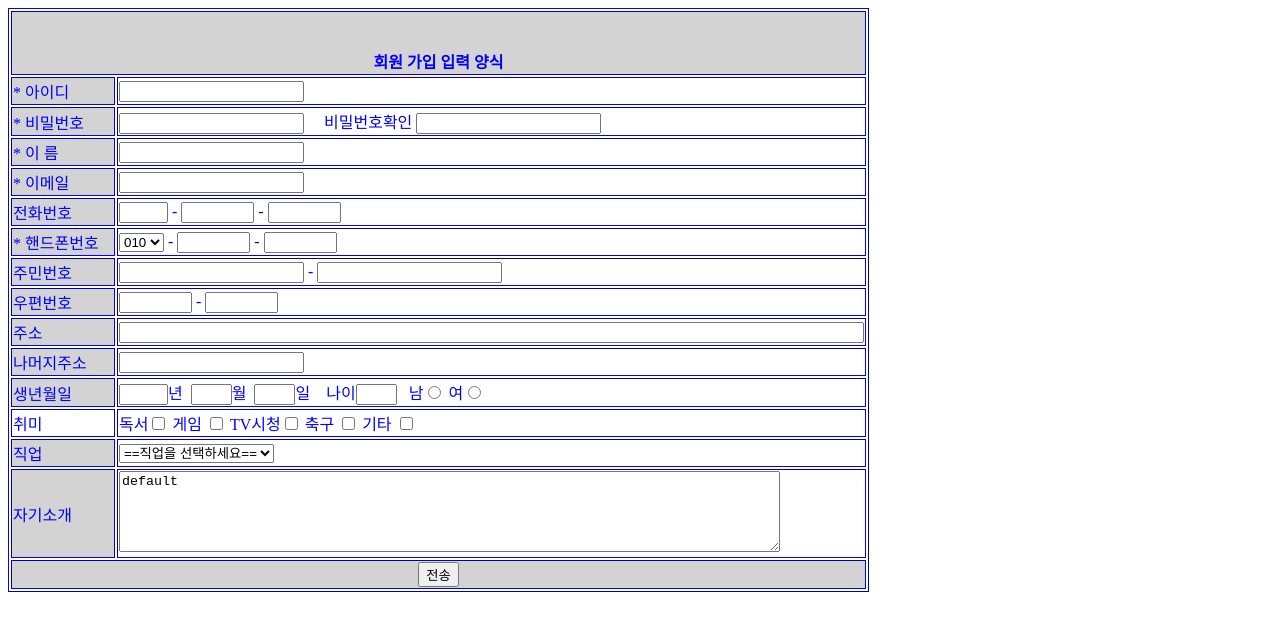
Repository: vkfkstptkd1/WebProgramming
Page: ch3_FormTag/WebContent/In_Form.html
An editor plug-in stored every save of this project. The page is shown before and after the next save, followed by the edit.
The browser window is 1280 px wide. The pictures show the whole page.

Above is the page before, as saved 2021-03-20 09:06:18.

After the next save:
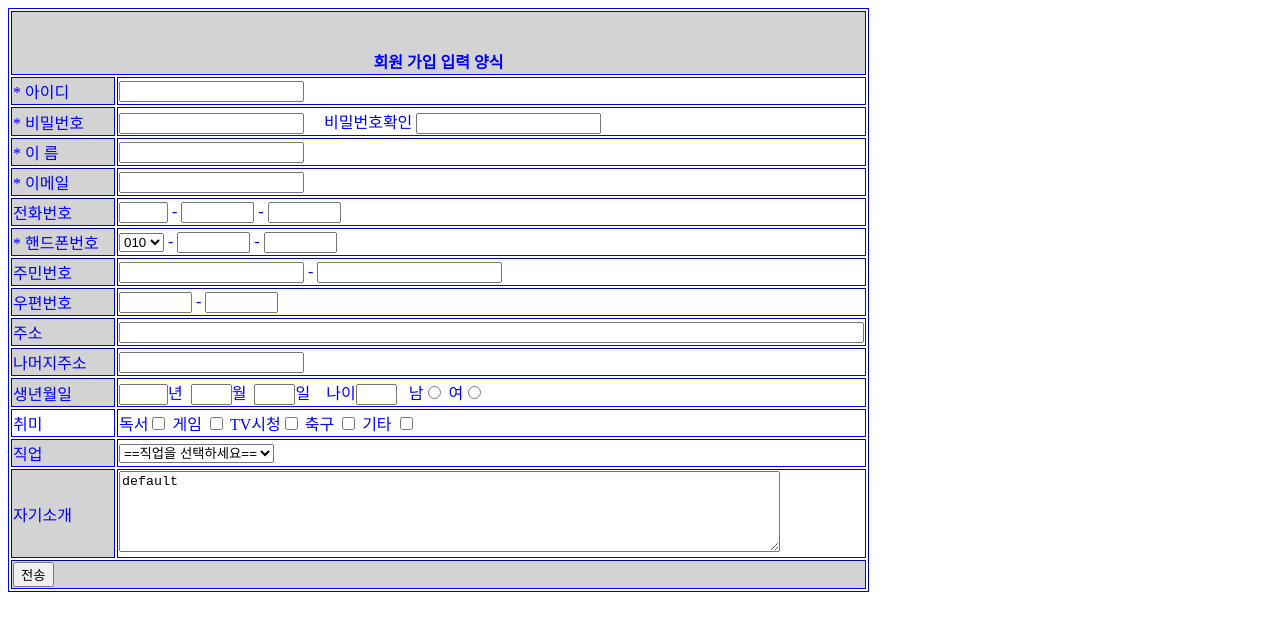
Saved 43 s later.
--- a/ch3_FormTag/WebContent/In_Form.html
+++ b/ch3_FormTag/WebContent/In_Form.html
@@ -100,7 +100,7 @@
 		</td>
 	</tr>
 	<tr>
-		<td class="style0" colspan="2"><center><input type="submit" value="전송" ></center></td>
+		<td class="style0" colspan="2"><input type="submit" value="전송" ></td>
 	</tr>
 	</table>
 </form>

After the save that followed:
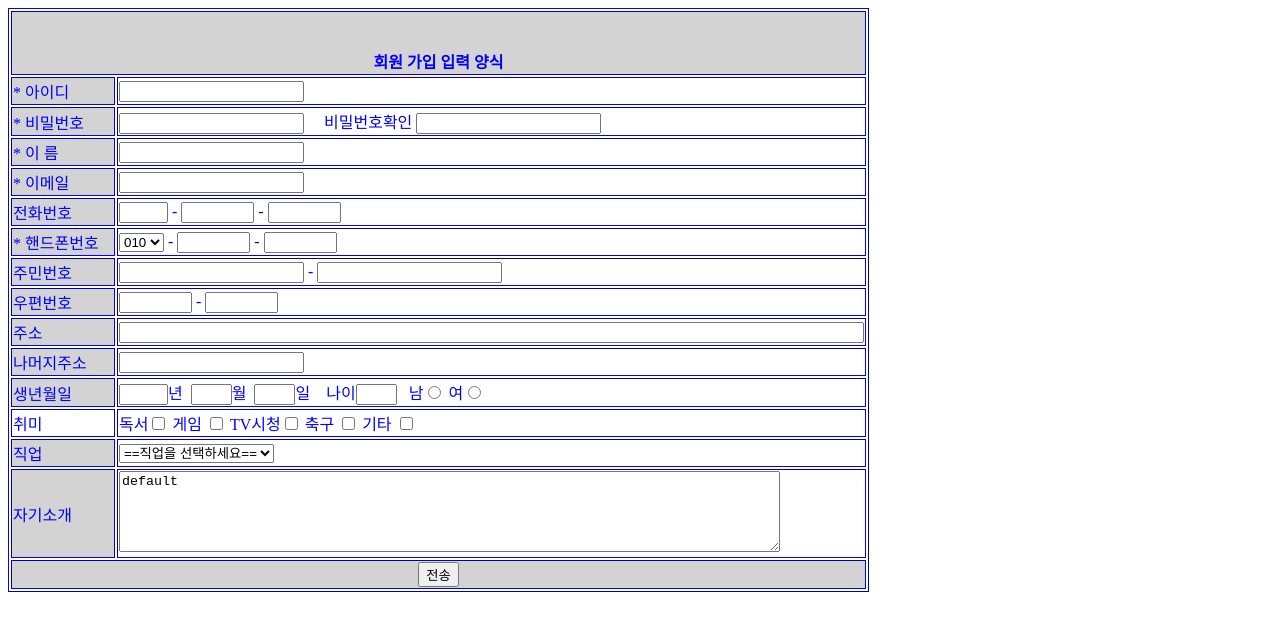
Saved 92 s later.
--- a/ch3_FormTag/WebContent/In_Form.html
+++ b/ch3_FormTag/WebContent/In_Form.html
@@ -9,7 +9,7 @@
 </style>
 </head>
 <body>
-<form action= "In_Form_ok.jsp" method="post">
+<form action= "In_Form_ok.jsp" name="In_Form_html" method="post">
 	<table class="style1" border="1">
 	<tr><th class="style0" colspan=2><br><br>회원 가입 입력 양식</th></tr><!--표제목  -->
 	<tr><td class="style0" width= "100"> * 아이디</td>
@@ -100,7 +100,7 @@
 		</td>
 	</tr>
 	<tr>
-		<td class="style0" colspan="2"><input type="submit" value="전송" ></td>
+		<td class="style0" colspan="2"><center><input type="submit" value="전송" ></center></td>
 	</tr>
 	</table>
 </form>
